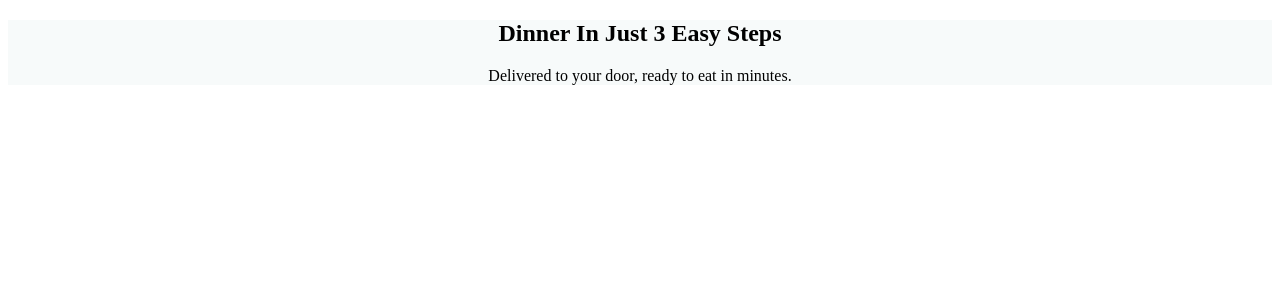
Repository: ST-United-Internship/leadpage
Page: card-UI.html
These files come from the project's save history. The page is drawn as it stood at one moment and after a run of saves; the edit follows.
The browser window is 1280 px wide. The pictures show the whole page.

Above is the page before, as saved 2023-03-15 14:49:31.

After the next 3 saves:
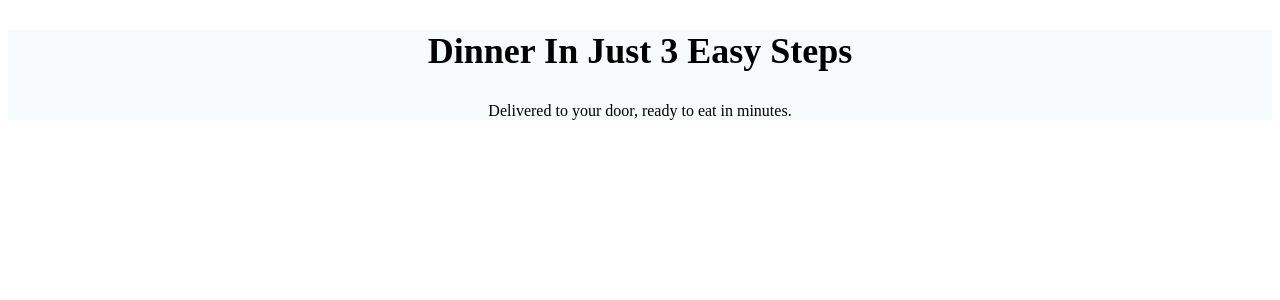
The 3 saves are shown as one change because they came seconds apart.
The last was saved 17 s later.
--- a/css/card-UI.css
+++ b/css/card-UI.css
@@ -18,5 +18,5 @@ section{
 }
 
 .about .columm .title-text h2{
-
+    font-size: 36px;
 }
